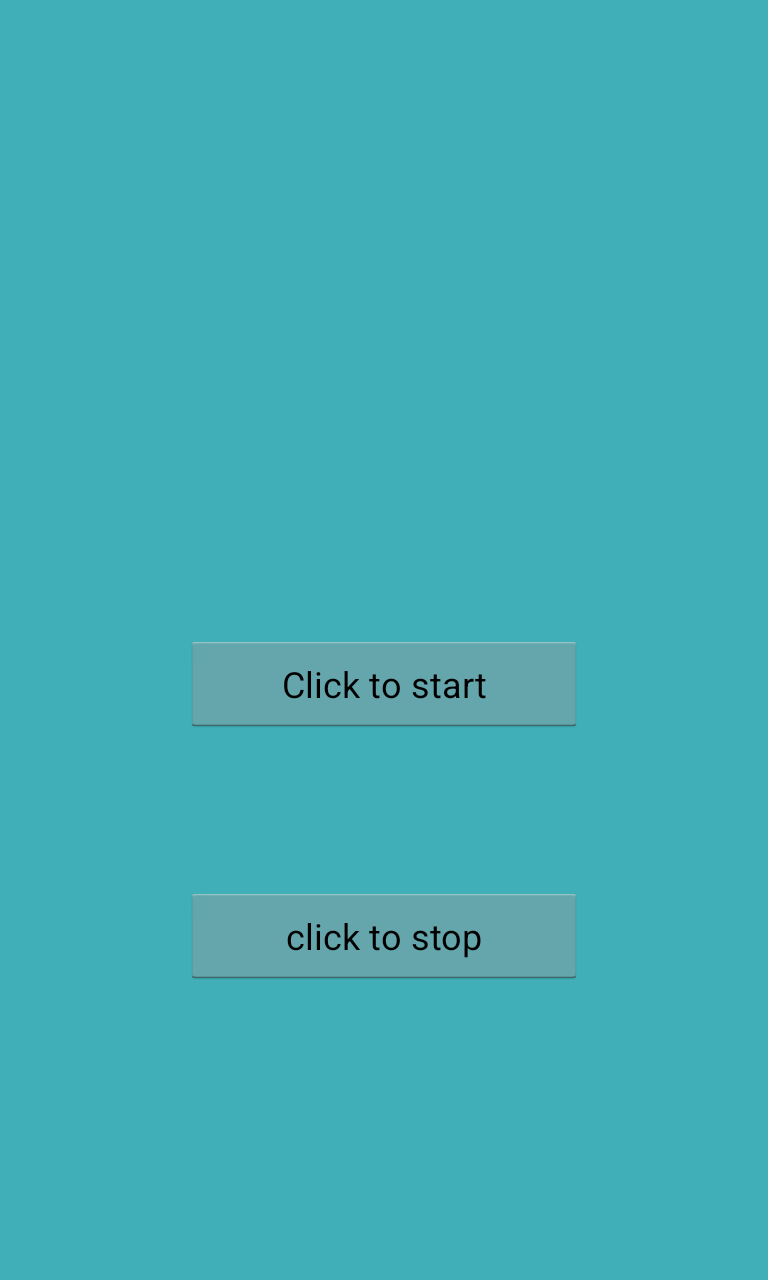
Repository: Shruthi06/designed-droid
Layout: service_demo/res/layout/activity_main.xml
An editor plug-in stored every save of this project. The layout is shown before and after the next save, followed by the edit.
It is drawn on a 768 x 1280 px phone screen (xhdpi) without system bars, with theme AppTheme; the app's code is not run.

Above is the layout before, as saved 2016-02-15 13:26:20.

### service_demo/res/layout/activity_main.xml
<RelativeLayout xmlns:android="http://schemas.android.com/apk/res/android"
    xmlns:tools="http://schemas.android.com/tools"
    android:layout_width="match_parent"
    android:layout_height="match_parent"
    android:paddingBottom="@dimen/activity_vertical_margin"
    android:paddingLeft="@dimen/activity_horizontal_margin"
    android:paddingRight="@dimen/activity_horizontal_margin"
    android:paddingTop="@dimen/activity_vertical_margin"
    android:background="#40afb8"
    tools:context=".MainActivity" >

    <Button
        android:id="@+id/buttonstop"
        android:layout_width="150dp"
        android:layout_height="50dp"
        android:layout_alignLeft="@+id/buttonstart"
        android:layout_alignParentBottom="true"
        android:layout_alignRight="@+id/buttonstart"
        android:layout_marginBottom="131dp"

        android:text="click to stop" />

    <Button
        android:id="@+id/buttonstart"
        style="@drawable/ic_launcher"
        android:layout_width="200dp"
        android:layout_height="50dp"
        android:layout_above="@+id/buttonstop"
        android:layout_centerHorizontal="true"
        android:layout_marginBottom="76dp"

        android:text="Click to start" />

</RelativeLayout>

Loaded but not shown: service_demo/res/values/styles.xml (common file); service_demo/res/values-v11/styles.xml (common file); service_demo/res/values-v14/styles.xml (common file); service_demo/res/values/dimens.xml (common file)

After the next save:
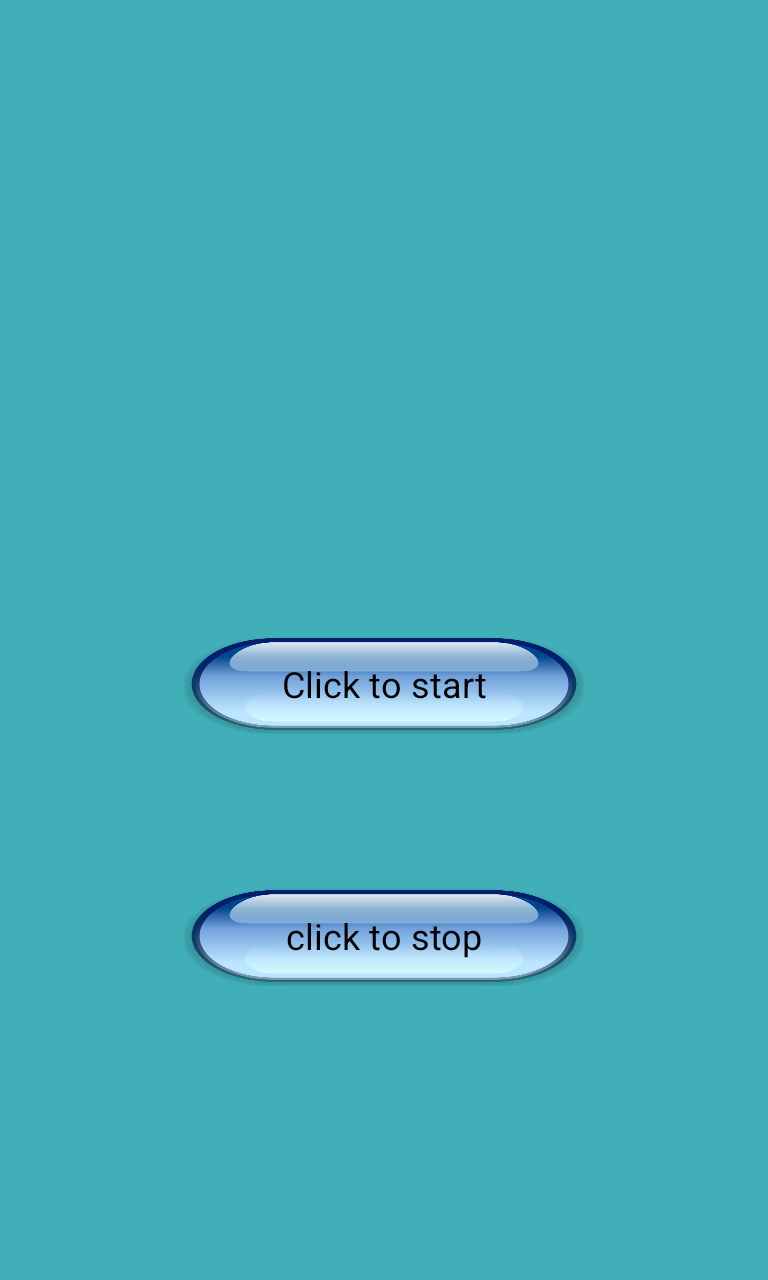
Saved 38 s later.
--- a/service_demo/res/layout/activity_main.xml
+++ b/service_demo/res/layout/activity_main.xml
@@ -17,7 +17,7 @@
         android:layout_alignParentBottom="true"
         android:layout_alignRight="@+id/buttonstart"
         android:layout_marginBottom="131dp"
-
+        android:background="@drawable/button"
         android:text="click to stop" />
 
     <Button
@@ -28,7 +28,7 @@
         android:layout_above="@+id/buttonstop"
         android:layout_centerHorizontal="true"
         android:layout_marginBottom="76dp"
-
+         android:background="@drawable/button"
         android:text="Click to start" />
 
 </RelativeLayout>
